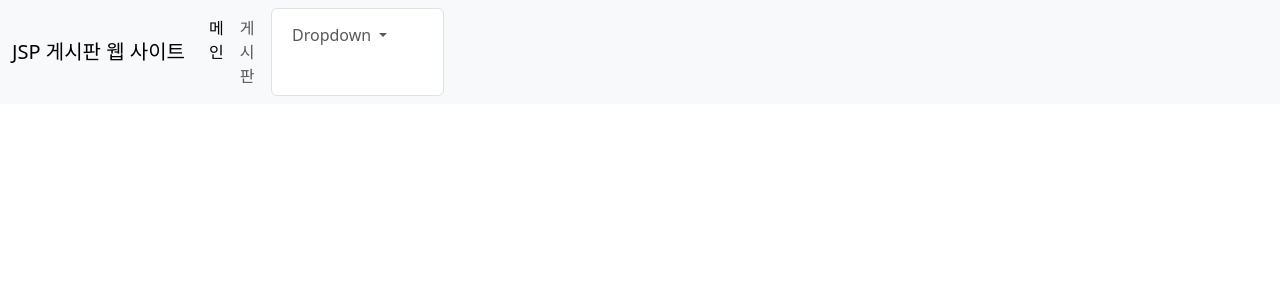
Repository: jeongjimin0/Jeongjimin
Page: http://localhost/WebTest/login.jsp
An editor plug-in stored every save of this project. The page is shown before and after the next save, followed by the edit.
The browser window is 1280 px wide. The pictures show the whole page.
The page is served by Tomcat 9.

Above is the page before, as saved 2023-02-27 14:07:21.

After the next save:
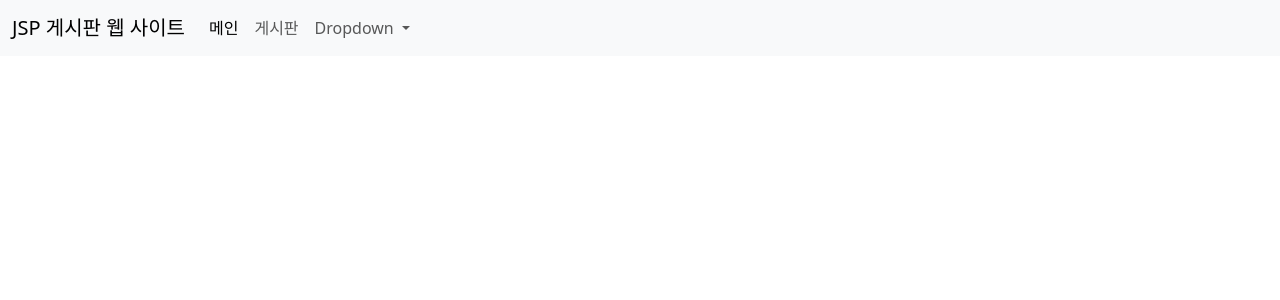
Saved 9 s later.
--- a/projects/WebTest/src/main/webapp/login.jsp
+++ b/projects/WebTest/src/main/webapp/login.jsp
@@ -21,7 +21,6 @@
           <a class="nav-link" href="#">게시판</a>
         </li>
 
-        <div class="form-control me-2">
         <li class="nav-item dropdown">
           <a class="nav-link dropdown-toggle" href="#" role="button" data-bs-toggle="dropdown" aria-expanded="false">
             Dropdown
